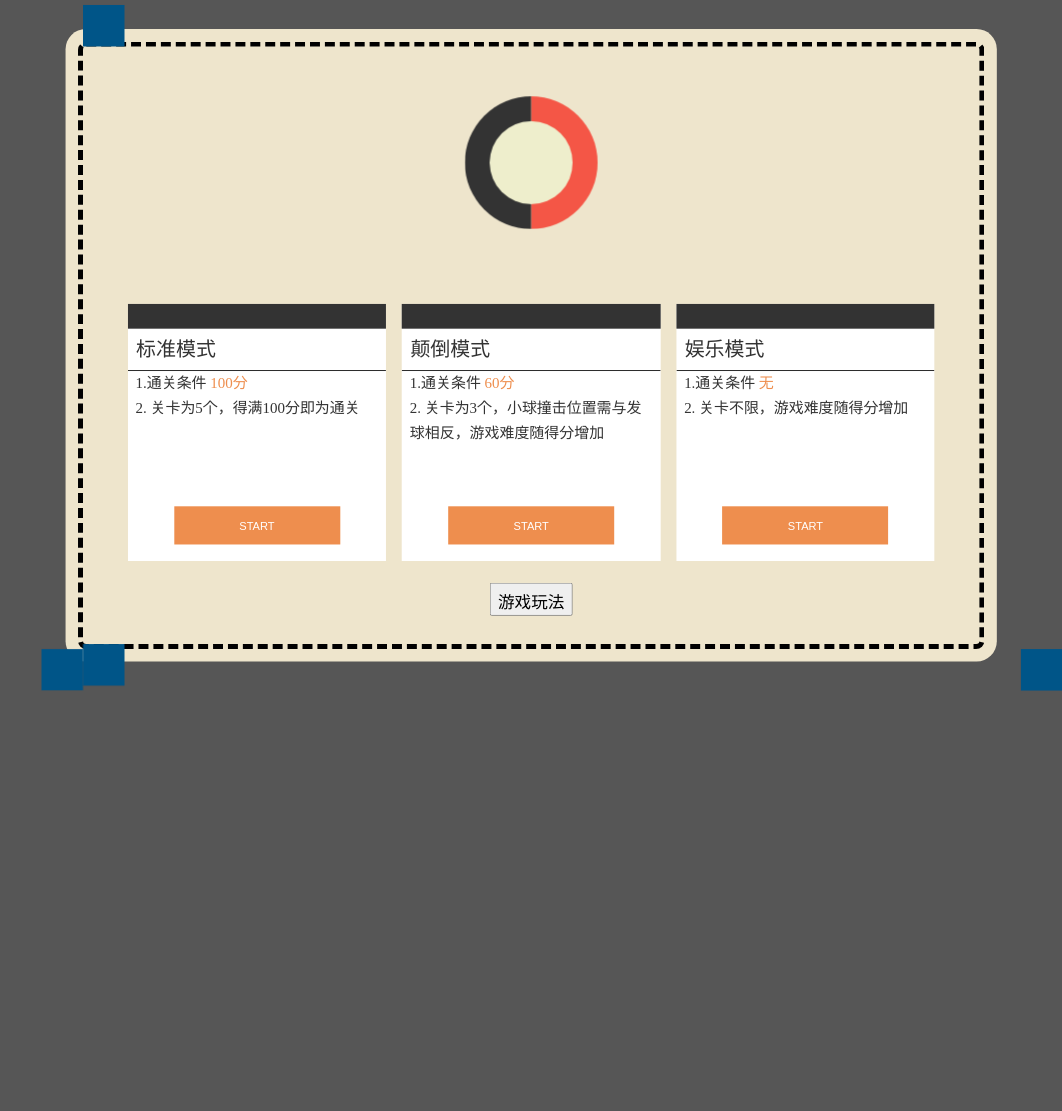
Repository: EEETA/ball-game
Page: theBall2/index.html
The author's editor kept a copy of each file at every save. The page is drawn from the files as they stood at one save, then again after the next save.
The browser window is 1280 px wide. The pictures show the whole page, at 83% of full size.

Above is the page before, as saved 2018-08-02 16:21:50.

After the next save:
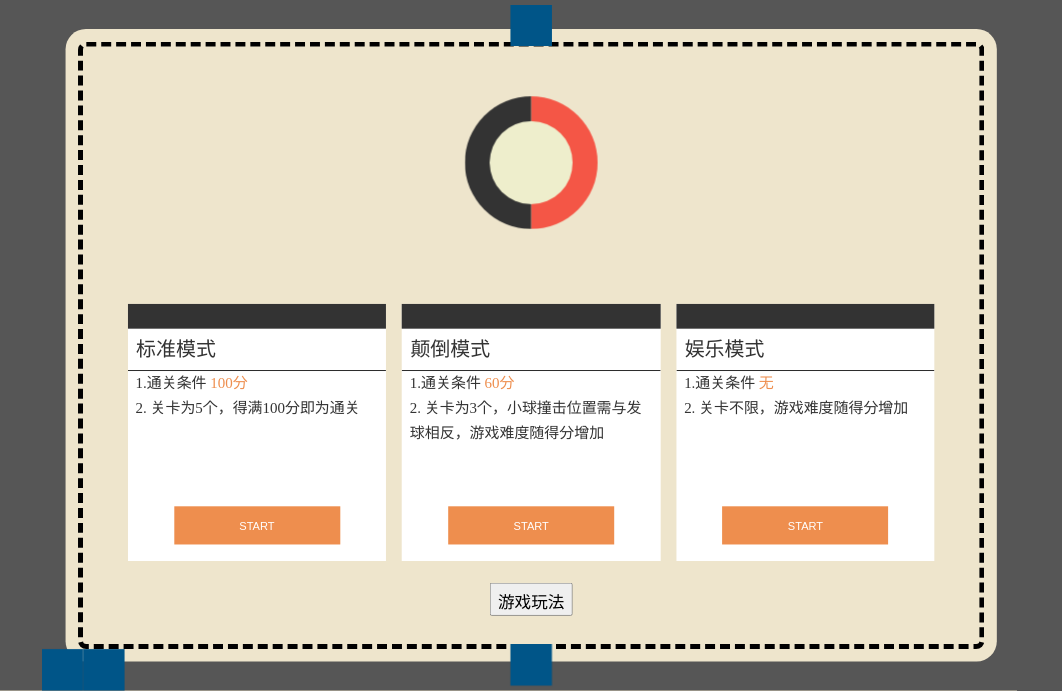
Saved 16 s later.
--- a/theBall2/style/index.css
+++ b/theBall2/style/index.css
@@ -94,8 +94,8 @@ button{outline: none;}
     top: calc(50% - 37px);
     left:calc(50% - 37px);
 }
-.top,.bottom{position: absolute;height: 50px;}
-.left,.right{position: absolute;height: 662px;}
+.top,.bottom{position: absolute;left:0;right:0;}
+.left,.right{position: absolute;left:0;right:0;}
 .left{left: -50px}
 .right{right: -50px}
 .top{top: -50px}
